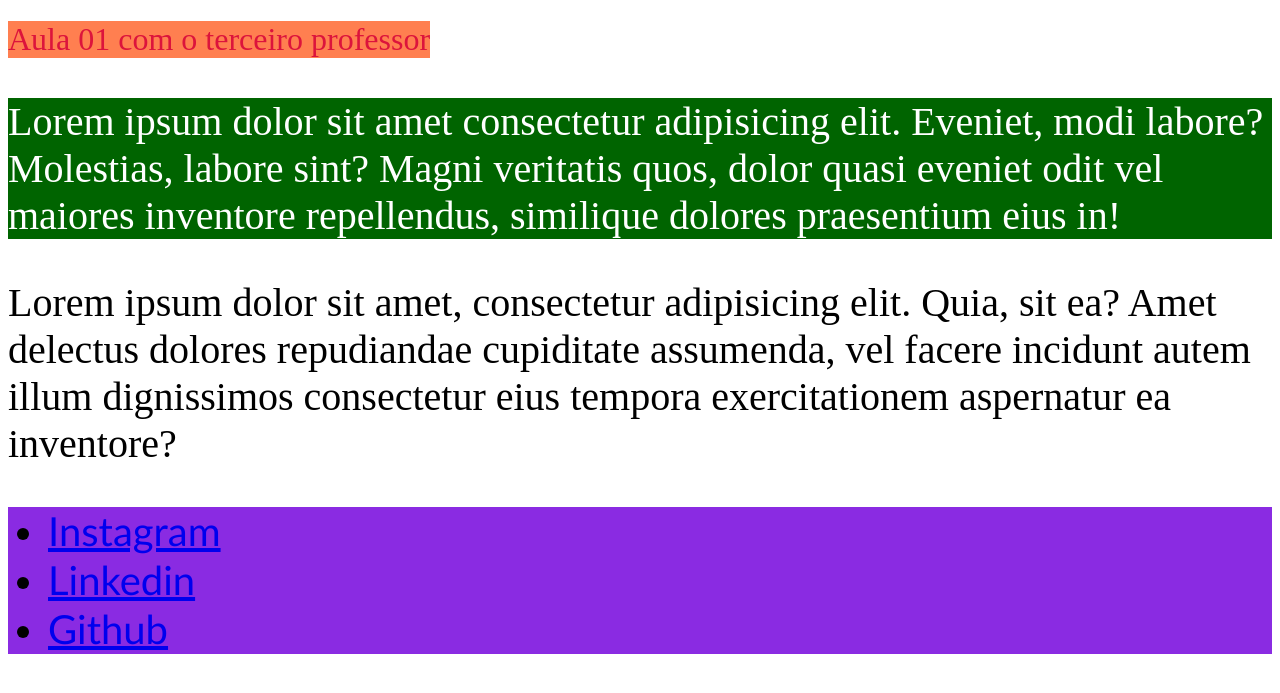
Repository: geracao-11/aula-01-pt2
Page: index.html
These files come from the project's save history. The page is drawn as it stood at one moment and after a run of saves; the edit follows.
The browser window is 1280 px wide. The pictures show the whole page.

Above is the page before, as saved 2025-04-09 10:59:41.

After the next 2 saves:
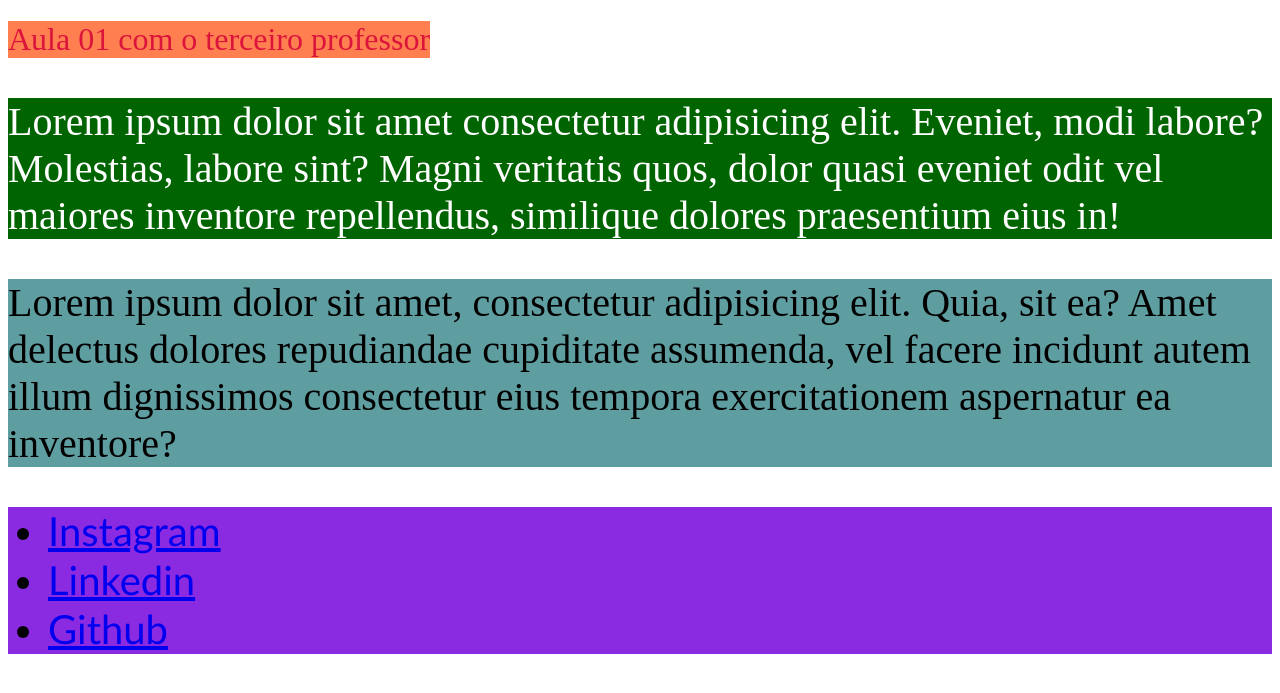
The 2 saves are shown as one change because they came seconds apart.
The last was saved 10 s later.
--- a/style.css
+++ b/style.css
@@ -17,7 +17,7 @@ h1 {
 }
 
 .container-2 {
-
+    background-color: cadetblue;
 }
 
 ul {
